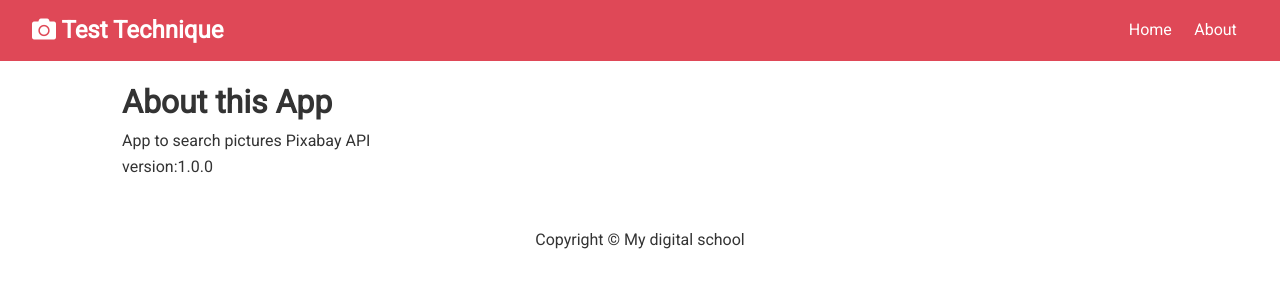
Repository: bafode/test-technique
Page: /about
The author's editor kept a copy of each file at every save. The page is drawn from the files as they stood at one save, then again after the next save.
The browser window is 1280 px wide. The pictures show the whole page.
The page's requests for data from a server got no answer. Some web libraries are served in a nearby version. The project was rebuilt for these pictures with package versions that can differ from the ones it lists, and the page was loaded fresh each time. No one was signed in, and anything a server would have sent is missing. Also part of the build but not shown: src/components/layout/Alert.js, src/components/pictures/PictureItem.js, src/components/layout/Spinner.js, src/components/pictures/Pictures.js, src/components/pictures/Search.js.

Above is the page before, as saved 2023-06-17 05:44:44.

After the next save:
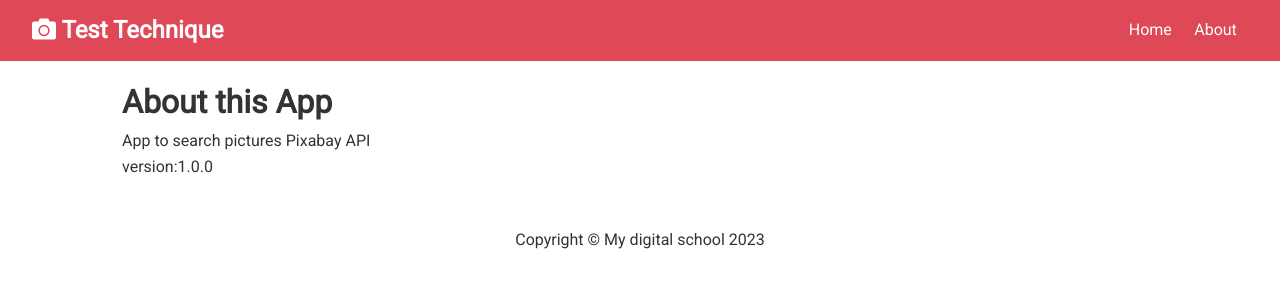
Saved 22 s later.
--- a/src/components/pages/About.js
+++ b/src/components/pages/About.js
@@ -6,7 +6,7 @@ function About() {
         <h1>About this App</h1>
         <p>App to search pictures Pixabay API</p>
         <p>version:1.0.0</p>
-        <div className='text-center py-3'>Copyright &copy; My digital school</div>
+        <div className='text-center py-3'>Copyright &copy; My digital school 2023</div>
      </Fragment>
   )
 }
